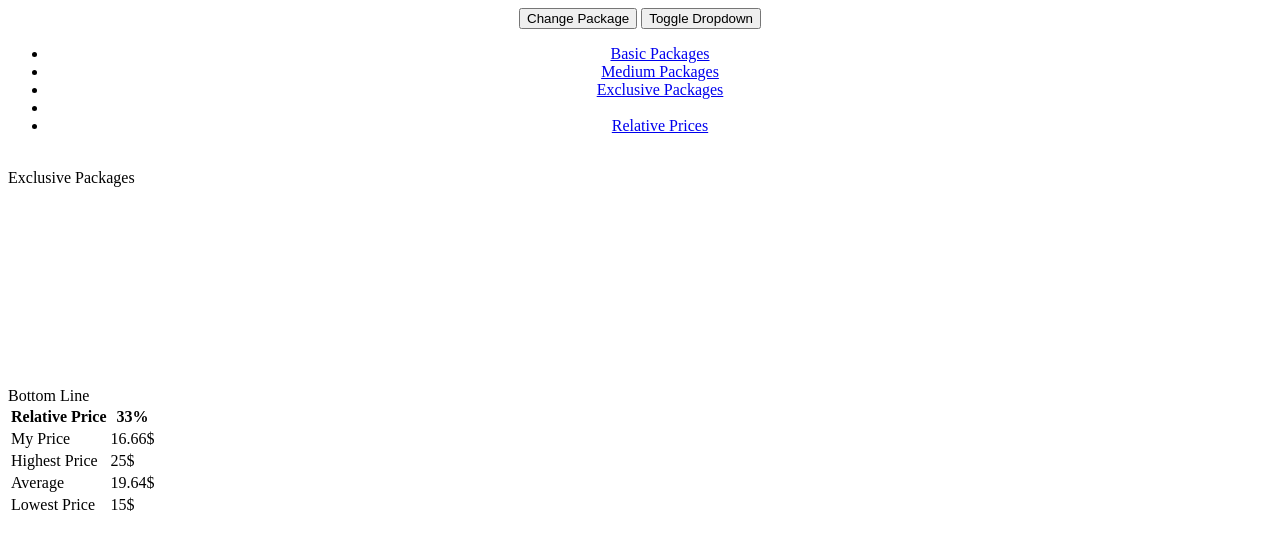
Repository: netaosman/Price-try-course
Page: prixceFrontEnd/src/main/webapp/Prixce_FrontEnd/HTML/Market/pricesPack/HighPackages.html
These files come from the project's save history. The page is drawn as it stood at one moment and after the next save; the edit follows.
The browser window is 1280 px wide. The pictures show the whole page.

Above is the page before, as saved 2017-09-23 23:25:46.

### prixceFrontEnd/src/main/webapp/Prixce_FrontEnd/HTML/Market/pricesPack/HighPackages.html
<!--  <p class="sub-header">Exclusive Packages</p>-->

<div class="container-fluid">
	<div class="dropdown" align="center">
		<!-- Split button -->
		<div class="btn-group">
			<button type="button" class="btn btn-default">Change Package</button>
			<button type="button" class="btn btn-default dropdown-toggle"
				data-toggle="dropdown" aria-haspopup="true" aria-expanded="false">
				<span class="caret"></span> <span class="sr-only">Toggle
					Dropdown</span>
			</button>
			<ul class="dropdown-menu">
				<li><a href="#/BasicPackages">Basic Packages</a></li>
				<li><a href="#/MedPackages">Medium Packages</a></li>
				<li><a href="#/HighPackages">Exclusive Packages</a></li>
				<li role="separator" class="divider"></li>
				<li><a href="#/RelativePrices">Relative Prices</a></li>
			</ul>
		</div>
	</div>
	<br>
	<div class="row placeholders">
		<div class="col-xs-12 col-md-8" ng-controller="PricesHighCtrl">
			<div class="panel panel-default-1">
				<div class="panel-heading">Exclusive Packages</div>
				<div class="panel-body">
					<!-- <div class="panel-title">Prices</div> -->
					<canvas id="base" class="chart-horizontal-bar" chart-data="data"
						chart-labels="labels" chart-colors="colors" height="200">
                                </canvas>
				</div>
			</div>
		</div>
		<div class="col-xs-12 col-md-4">
			<div class="panel panel-default-1">
				<div class="panel-heading">Bottom Line</div>
				<div class="panel-body">
					<table class="table">
						<thead>
							<tr>
								<th class="relative">Relative Price</th>
								<th class="relative-price">33%</th>
							</tr>
						</thead>
						<tbody>
							<tr>
								<td class="title-prices"><span
									class="glyphicon glyphicon-hand-right" aria-hidden="true"></span>
									My Price</td>
								<td class="prices">16.66$</td>
							</tr>
							<tr>
								<td class="title-prices"><span
									class="glyphicon glyphicon-hand-up" aria-hidden="true"></span>
									Highest Price</td>
								<td class="prices">25$</td>
							</tr>
							<tr>
								<td class="title-prices"><span
									class="glyphicon glyphicon-hand-left" aria-hidden="true"></span>
									Average</td>
								<td class="prices">19.64$</td>
							</tr>
							<tr>
								<td class="title-prices"><span
									class="glyphicon glyphicon-thumbs-down" aria-hidden="true"></span>
									Lowest Price</td>
								<td class="prices">15$</td>
							</tr>
						</tbody>

					</table>
				</div>
			</div>
		</div>
	</div>
</div>

After the next save:
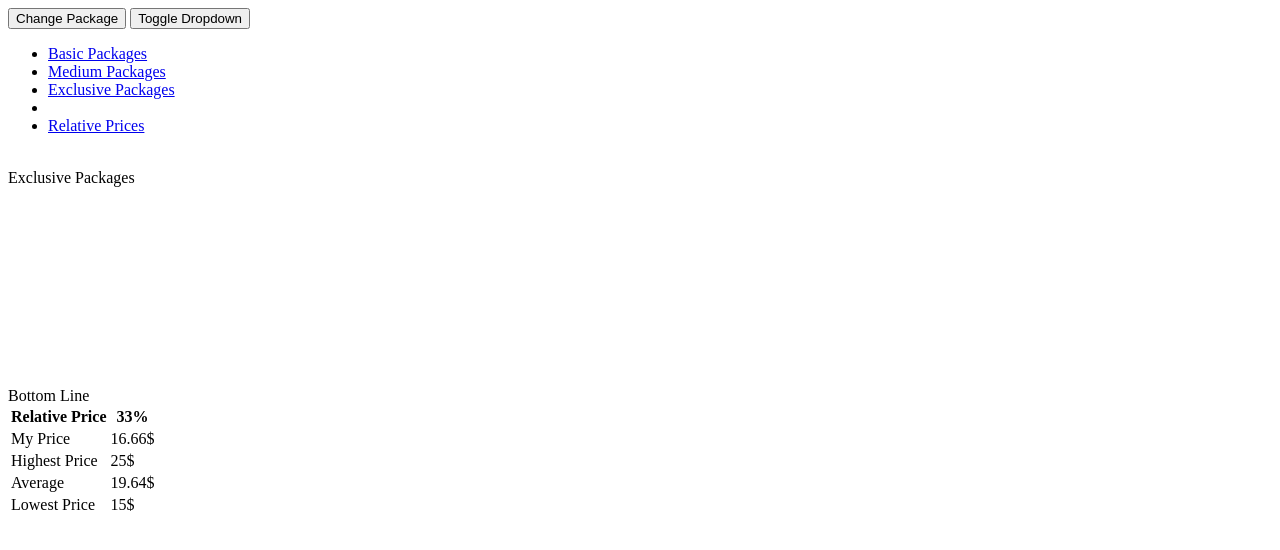
Saved 11 s later.
--- a/prixceFrontEnd/src/main/webapp/Prixce_FrontEnd/HTML/Market/pricesPack/HighPackages.html
+++ b/prixceFrontEnd/src/main/webapp/Prixce_FrontEnd/HTML/Market/pricesPack/HighPackages.html
@@ -1,7 +1,7 @@
 <!--  <p class="sub-header">Exclusive Packages</p>-->
 
 <div class="container-fluid">
-	<div class="dropdown" align="center">
+	<div class="dropdown">
 		<!-- Split button -->
 		<div class="btn-group">
 			<button type="button" class="btn btn-default">Change Package</button>
